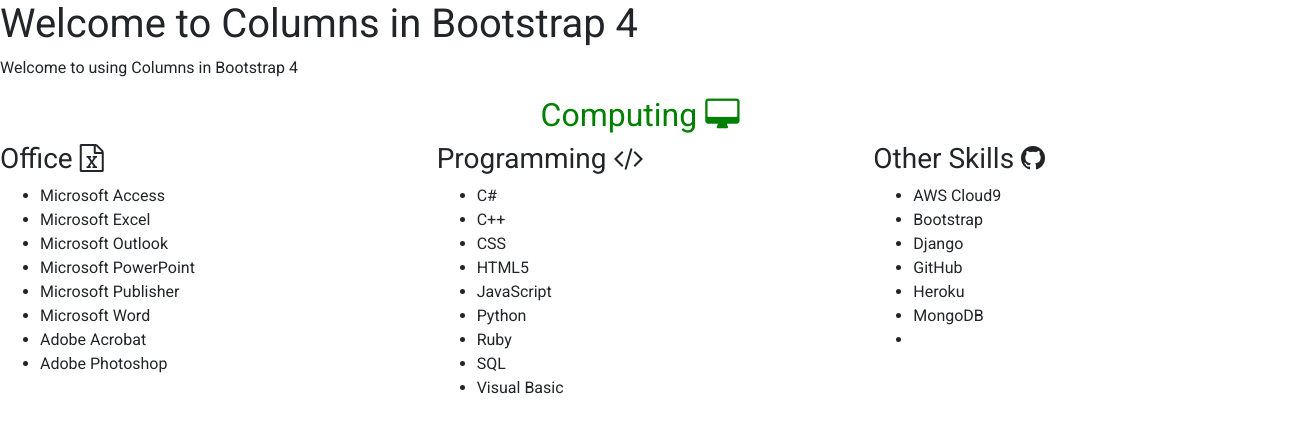
Repository: derektypist/columns-in-bootstrap-4
Page: index.html
The author's editor kept a record of every edit. The page is drawn from the files as they stood at one moment, then again after the next edit.
The browser window is 1280 px wide. The page is 1295 px wide, so the pictures cover 1295 px, including what lies to the right of the window. The pictures show the whole page.

Above is the page before.

### index.html
<!DOCTYPE html>
<html lang="en">

<head>
    <meta charset="UTF-8">
    <meta name="viewport" content="width=device-width, initial-scale=1.0">
    <meta http-equiv="X-UA-Compatible" content="ie=edge">
    <title>Document</title>
    <!-- Load Style Sheets -->
    <link rel="stylesheet" href="https://maxcdn.bootstrapcdn.com/bootstrap/4.3.1/css/bootstrap.min.css" integrity="sha384-ggOyR0iXCbMQv3Xipma34MD+dH/1fQ784/j6cY/iJTQUOhcWr7x9JvoRxT2MZw1T" crossorigin="anonymous">
    <link rel="stylesheet" href="https://maxcdn.bootstrapcdn.com/font-awesome/4.7.0/css/font-awesome.min.css" type="text/css" />
    <link href="https://fonts.googleapis.com/css?family=Roboto&display=swap" rel="stylesheet">
    <link href="style.css" rel="stylesheet">
</head>

<body>
    <!-- Apply Header -->
    <header>
        <h1>Welcome to Columns in Bootstrap 4</h1>
        <p>Welcome to using Columns in Bootstrap 4</p>
    </header>

    <!-- Apply Sections -->
    <section>
        <h2>Computing <i class="fa fa-desktop" aria-hidden="true"></i></h2>

        <!-- Set Up Row -->
        <article class="row">
            <!-- Set Up Article for Office -->
            <article class="col-sm-4">
                <h3>Office <i class="fa fa-file-excel-o" aria-hidden="true"></i></h3>
                <ul>
                    <li>Microsoft Access</li>
                    <li>Microsoft Excel</li>
                    <li>Microsoft Outlook</li>
                    <li>Microsoft PowerPoint</li>
                    <li>Microsoft Publisher</li>
                    <li>Microsoft Word</li>
                    <li>Adobe Acrobat</li>
                    <li>Adobe Photoshop</li>
                </ul>
            </article>

            <!-- Set Up Article for Programming -->
            <article class="col-sm-4">
                <h3>Programming <i class="fa fa-code" aria-hidden="true"></i></h3>
                <ul>
                    <li>C#</li>
                    <li>C++</li>
                    <li>CSS</li>
                    <li>HTML5</li>
                    <li>JavaScript</li>
                    <li>Python</li>
                    <li>Ruby</li>
                    <li>SQL</li>
                    <li>Visual Basic</li>
                </ul>
            </article>

            <!-- Set Up Article for Other Skills -->
            <article class="col-sm-4">
                <h3>Other Skills <i class="fa fa-github" aria-hidden="true"></i></h3>
                <ul>
                    <li>AWS Cloud9</li>
                    <li>Bootstrap</li>
                    <li>Django</li>
                    <li>GitHub</li>
                    <li>Heroku</li>
                    <li>MongoDB</li>
                    <li></li>
                </ul>
            </article>
        </article>
    </section>

</body>

</html>

### style.css
/* Body */

body {
    font-family: "Roboto", Arial, Verdana, sans-serif;
}

/* Header */

#myheader {
    color: purple;
    text-align: center;
}


/* Section */

h2 {
    color: green;
    text-align: center;
}

/* Office */

.office {
    background-color: lightgreen;
}

/* Programming */

.programming {
    background-color: lightblue;
}

/* Other Skills */

.otherskills {
    background-color: pink;
}

After the next edit:
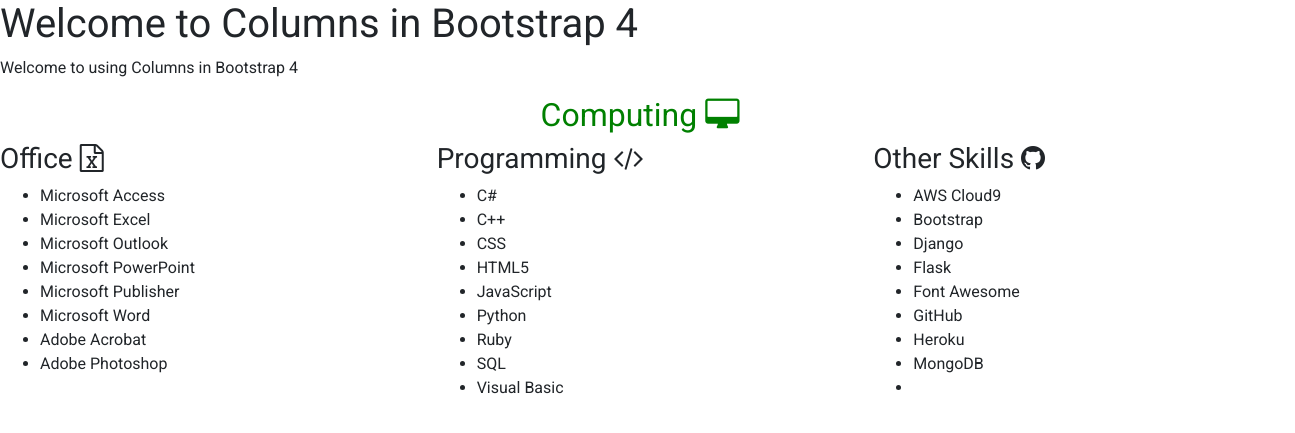
The edit:
--- a/index.html
+++ b/index.html
@@ -64,6 +64,8 @@
                     <li>AWS Cloud9</li>
                     <li>Bootstrap</li>
                     <li>Django</li>
+                    <li>Flask</li>
+                    <li>Font Awesome</li>
                     <li>GitHub</li>
                     <li>Heroku</li>
                     <li>MongoDB</li>
